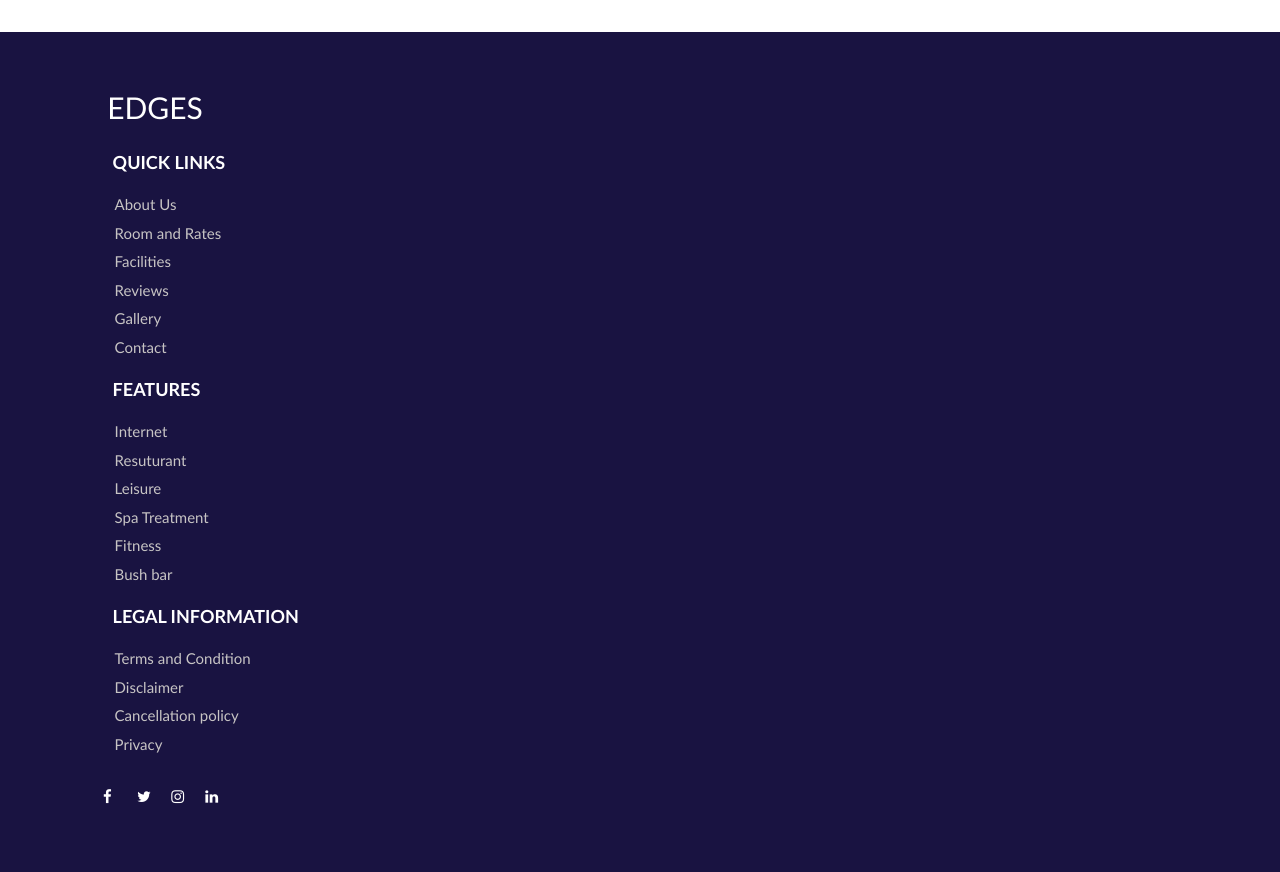
Repository: Syfon01/hotel-website
Page: index.html
An editor plug-in stored every save of this project. The page is shown before and after a run of saves, followed by the edit.
The browser window is 1280 px wide. The pictures show the part of the page from y = 2571 to 3475 px (the page is 3443 px tall before and 3475 px after).

Above is the page before, as saved 2020-06-09 17:49:37.

After the next 2 saves:
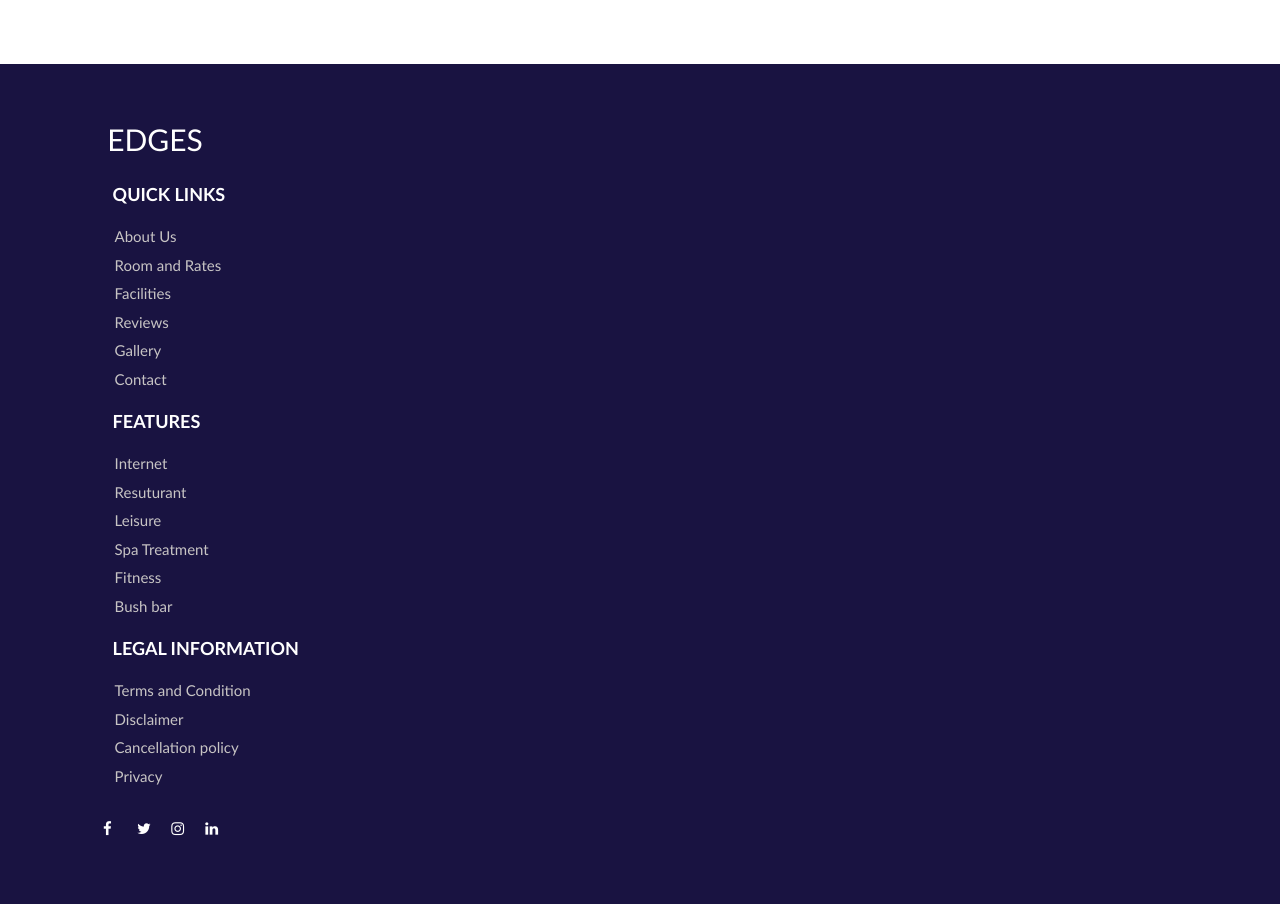
The 2 saves are shown as one change because they came seconds apart.
The last was saved 23 s later.
--- a/index.html
+++ b/index.html
@@ -227,7 +227,7 @@
     </section>
 
     <!-- explore section  -->
-    <div class="explore py-3 mb-3">
+    <div class="explore py-3 mb-5">
       <div class='hero'>
         <div class="cont-vert d-none d-md-block d-lg-block">
           <div class="text-center vert col-12">
